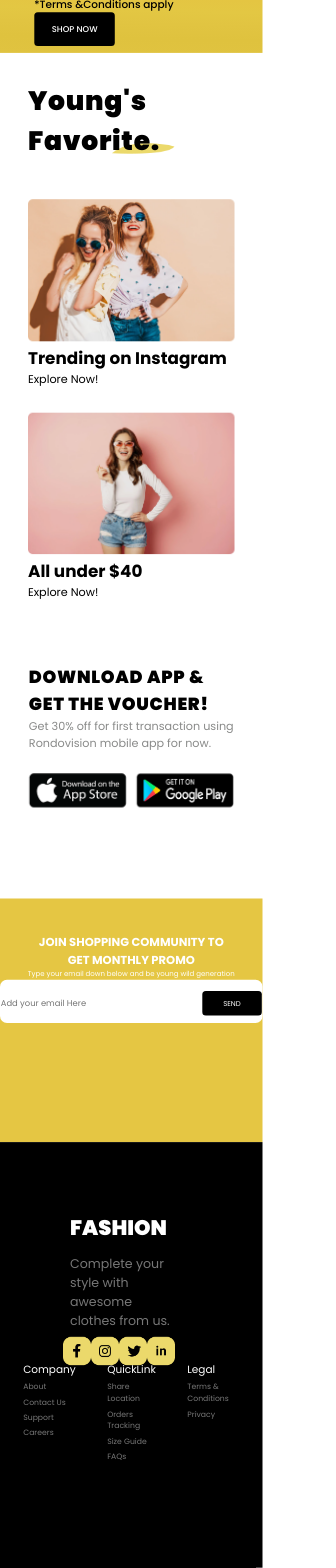
Repository: isaacCodes1/FashionWebsite
Page: index.html
An editor plug-in stored every save of this project. The page is shown before and after the next save, followed by the edit.
The browser window is 375 px wide. The page is 480 px wide, so the pictures cover 480 px, including what lies to the right of the window. The pictures show the part of the page from y = 3331 to 5571 px (the page is 5571 px tall before and 5544 px after), at 70% of full size.

Above is the page before, as saved 2024-03-18 12:11:43.

### index.html
<!DOCTYPE html>
<html lang="en">
  <head>
    <meta charset="UTF-8" />
    <meta name="viewport" content="width=device-width, initial-scale=1.0" />
    <title>Shopping Site Assignment</title>
    <link rel="stylesheet" href="style.css" />
    <link rel="stylesheet" href="/Media Query.css">
  </head>
  <body>
    <header>
      <nav>
        <!--------- NavItems ------->
        <div class="image">
          <a href="#"><img src="/Assets/Vector (3).png" />FASHION</a>
        </div>
        <div class="navItems">
          <ul>
            <li><a href="#">CATALOGUE</a></li>
            <li><a href="#">FASHION</a></li>
            <li><a href="#">FAVORITE</a></li>
            <li><a href="#">LIFESTYLE</a></li>
          </ul>
          <button>SIGN UP</button>
        </div>
      </nav>
    </header>
    <main>
      <!------- FirstPage ------>
      <section class="firstPageCont">
        <div class="FirstPage">
          <div class="txtCont">
            <h1>
              <span class="spn1">LET'S <br /></span>EXPLORE <br />
              <span class="spn2">UNIQUE <br /></span>CLOTHES.
            </h1>
            <p>Live for Influential and Innovative fashion!</p>
            <div class="txtBtn">
              <img src="/Assets/Vector 9.png" alt="" />
              <button class="btns">Shop Now</button>
            </div>
          </div>
          <div class="imgCont">
            <div class="star1"><img src="/Assets/Star 11.png" alt="" /></div>
            <div class="star2"><img src="/Assets/Star 11.png" alt="" /></div>
            <div class="star3"><img src="/Assets/Star 11.png" alt="" /></div>
            <div class="star4"><img src="/Assets/Star 11.png" alt="" /></div>
            <img src="/Assets/girl.png" alt="" />
          </div>
        </div>
      </section>
      <!------ Logos ------->
      <section class="firstPageFooter">
        <div class="logoCont">
          <img src="/Assets/HM.png" alt="" />
          <img src="/Assets/Obey.png" alt="" />
          <img src="/Assets/Shopify.png" alt="" />
          <img src="/Assets/Lacoste.png" alt="" />
          <img src="/Assets/Levis.png" alt="" />
          <img src="/Assets/Amazon.png" alt="" />
        </div>
      </section>
      <section class="nextPageCont">
        <div class="nextPageText">
          <h1>NEW ARRIVALS</h1>
          <img src="/Assets/Vector 9.png" alt="" />
        </div>
        <div class="prettyImages">
          <div class="Images">
            <div class="prettyImg">
              <img src="/Assets/image1.png" alt="" />
            </div>
            <div class="prettyText">
              <div class="txtIcon">
                <h1>Hoodies & Sweatshirt</h1>
                <p>Explore Now!</p>
              </div>
              <div class="icons"></div>
            </div>
          </div>
          <div class="Images">
            <div class="prettyImg">
              <img src="/Assets/image2.png" alt="" />
            </div>
            <div class="prettyText">
              <div class="txtIcon">
                <h1>Coats & Parkas</h1>
                <p>Explore Now!</p>
              </div>
              <div class="icons"></div>
            </div>
          </div>
          <div class="Images">
            <div class="prettyImg">
              <img src="/Assets/image3.png" alt="" />
            </div>
            <div class="prettyText">
              <div class="txtIcon">
                <h1>Tees & T-Shirt</h1>
                <p>Explore Now!</p>
              </div>
              <div class="icons"></div>
            </div>
          </div>
        </div>
      </section>
      <section class="payDay">
        <div class="genDiv">
          <div class="yellowImg">
            <img src="/Assets/image 12.png" alt="" />
          </div>
          <div class="yellowTxt">
            <h1><span class="spn3">PAYDAY</span>SALE NOW</h1>
            <p>
              Spend minimal $100 get 30% off <br />voucher code for your next
              purchase
            </p>
            <p><strong>1 June -10 June 2021</strong></p>
            <p class="para">*Terms &Conditions apply</p>
            <button class="btn">SHOP NOW</button>
          </div>
        </div>
      </section>
      <!--------   Images   ------->
      <section class="nextPageCont">
        <div class="nextPageText">
          <h1>Young's Favorite.</h1>
          <img class="vector" src="/Assets/Vector 9.png" alt="" />
        </div>
        <div class="prettyImages">
          <div class="Images">
            <div class="prettyImg">
              <img src="/Assets/Girls.png" alt="" />
            </div>
            <div class="prettyText">
              <div class="txtIcon">
                <h1>Trending on Instagram</h1>
                <p>Explore Now!</p>
              </div>
              <div class="icons"></div>
            </div>
          </div>

          <div class="Images">
            <div class="prettyImg">
              <img src="/Assets/Rectangle 49.png" alt="" />
            </div>
            <div class="prettyText">
              <div class="txtIcon">
                <h1>All under $40</h1>
                <p>Explore Now!</p>
              </div>
              <div class="icons"></div>
            </div>
          </div>
        </div>
      </section>
      <!---- Apps----->
      <section class="nextPageCont2">
        <div class="nextPageText2">
          <h1>DOWNLOAD APP & <br />GET THE VOUCHER!</h1>
          <p>
            Get 30% off for first transaction using <br />Rondovision mobile app
            for now.
          </p>
          <div class="store">
            <a href="https://www.apple.com/store"
              ><img src="/Assets/Apple Store.png" alt=""
            /></a>
            <a href="https://play.google.com/store/games?hl=en&gl=US&pli=1"
              ><img src="/Assets/Google Play.png" alt=""
            /></a>
          </div>
        </div>
        <div class="Images2">
          <div class="prettyImg2">
            <img src="/Assets/Mobile app.png" alt="" />
            <div class="circle1"><img src="/Assets/circle.png" alt="" /></div>
            <div class="circley"><img src="/Assets/circle y.png" alt="" /></div>
            <div class="circleye">
              <img src="/Assets/circle y.png" alt="" />
            </div>
            <div class="circle2"><img src="/Assets/circle.png" alt="" /></div>
            <div class="bigC"><img src="/Assets/back1.png" alt="" /></div>
            <div class="largeC">
              <img src="/Assets/lagrescircle.png" alt="" />
            </div>
            <div class="largeC1">
              <img src="/Assets/lagrescircle.png" alt="" />
            </div>
          </div>
        </div>
        <div class="icons"></div>
      </section>
      <!------ Footer ------>
      <section class="footer">
        <div class="footerDiv">
          <div class="h1footer">
            <h1>
              JOIN SHOPPING COMMUNITY TO <br />
              GET MONTHLY PROMO
            </h1>
          </div>
          <div class="pFooter">
            <p>Type your email down below and be young wild generation</p>
            <div class="input">
              <input
                class="input"
                type="text"
                placeholder="Add your email Here"
              />
              <a href="https://mail.google.com/mail/u/0/#inbox">SEND</a>
            </div>
          </div>
        </div>
      </section>
      <section class="foot">
        <div class="footDiv">
          <div class="footTxt">
            <h1>FASHION</h1>
            <p>
              Complete your style with awesome <br />
              clothes from us.
            </p>
            <div class="socialIcons">
              <div class="icon">
                <a
                  href="https://www.facebook.com/profile.php?id=61551880766580"
                >
                  <img src="/Assets/Facebook.png" alt=""
                /></a>
              </div>
              <div class="icon">
                <a href="https://www.instagram.com/"
                  ><img src="/Assets/Instagram.png" alt=""
                /></a>
              </div>
              <div class="icon">
                <a href="#"><img src="/Assets/Twitter.png" alt="" /></a>
              </div>
              <div class="icon">
                <a href="#"><img src="/Assets/Linkedn.png" alt="" /></a>
              </div>
            </div>
          </div>

          <div class="socialIcons">
            <div class="links">
              <div class="links1"><a href="">Company</a></div>
              <div class="links2"><a href="">About</a></div>
              <div class="links2"><a href="">Contact Us</a></div>
              <div class="links2"><a href="">Support</a></div>
              <div class="links2"><a href="">Careers</a></div>
            </div>
            <div class="links">
              <div class="links1"><a href="">QuickLink</a></div>
              <div class="links2"><a href="">Share Location</a></div>
              <div class="links2"><a href="">Orders Tracking</a></div>
              <div class="links2"><a href="">Size Guide</a></div>
              <div class="links2"><a href="">FAQs</a></div>
            </div>
            <div class="links">
              <div class="links1"><a href="">Legal</a></div>
              <div class="links2"><a href="">Terms & Conditions</a></div>
              <div class="links2"><a href="">Privacy</a></div>
            </div>
          </div>
        </div>
      </section>
    </main>
  </body>
</html>

### style.css
@import url("https://fonts.googleapis.com/css2?family=Poppins:ital,wght@0,100;0,200;0,300;0,400;0,500;0,600;0,700;0,800;0,900;1,100;1,200;1,300;1,400;1,500;1,600;1,700;1,800;1,900&display=swap");
* {
  margin: 0;
  padding: 0;
  box-sizing: border-box;
  font-family: "Poppins", sans-serif;
}
nav {
  display: flex;
  align-items: center;
  justify-content: space-between;
  width: 100%;
  padding: 20px 40px;
}
.image a {
  display: flex;
  align-items: center;
  gap: 6px;
  text-decoration: none;
  color: #000;
  font-size: 16px;
  font-weight: 900;
}
.image a img {
  width: 16%;
}
.navItems {
  display: flex;
  gap: 30px;
  align-items: center;
}
.navItems ul {
  display: flex;
  gap: 30px;
  list-style: none;
}
.navItems ul li a {
  text-decoration: none;
  color: #000;
  font-size: 16px;
  font-weight: 500;
}
.navItems ul li:hover {
  transform: scale(1.05);
  transition: 1s ease-in-out;
}
.navItems button {
  border: 0;
  background: #000;
  padding: 10px 20px;
  color: #fff;
  border-radius: 5px;
  font-size: 13px;
}
.navItems button:hover {
  transform: scale(1.05);
  transition: 1s ease-in-out;
  color: #000;
  background: rgb(137, 136, 136);
}
/* firstPageCtn */
.firstPageCont {
  padding: 20px 40px;
}
.FirstPage {
  display: flex;
  flex: 1;
  width: 100%;
  height: 90vh;
  padding: 40px 10px 0px 10px;
  border-radius: 30px;
  background: #f4f6f5;
}
.txtCont {
  display: flex;
  flex: 0.5;
  flex-direction: column;
  gap: 10px;
  padding-left: 40px;
}

.txtCont h1 {
  font-size: 64px;
  font-weight: 900;
  width: 50%;
  line-height: 75px;
}

.txtCont p {
  font-size: 20px;
}
.txtBtn {
  display: flex;
  align-items: center;
  width: 80%;
  margin-top: 10px;
  gap: 10px;
}
.btns {
  border: 0;
  background: #000;
  padding: 10px 20px;
  color: #fff;
  border-radius: 5px;
  font-size: 19px;
}
.btns:hover {
  transform: scale(1.05);
  transition: 1s ease-in-out;
  color: #000;
  background: rgb(137, 136, 136);
}
.txtBtn img {
  width: 100px;
}
.imgCont {
  flex: 0.5;
  display: flex;
  position: relative;
}
.star1 {
  position: absolute;
  top: 5px;
  left: 10px;
}
.star1 img {
  width: 30px;
}
.star2 {
  position: absolute;
  top: 20px;
  left: 450px;
}
.star2 img {
  width: 30px;
}
.star3 {
  position: absolute;
  bottom: 10px;
  left: 70px;
}
.star3 img {
  width: 30px;
}
.star4 {
  position: absolute;
  bottom: 20px;
  left: 400px;
}
.star4 img {
  width: 30px;
}
.spn1 {
  display: flex;
  align-items: center;
  background-image: url(/Assets/rectangle1.png);
  background-size: cover;
  background-repeat: no-repeat;
  width: 100%;
  padding-left: 20px;
}
.spn2 {
  background-image: url(/Assets/Rectangle2.png);
  background-size: cover;
  background-repeat: no-repeat;
  padding-right: 50px;
  padding-left: 20px;
}
/* next Page */
.firstPageFooter {
  background: #ebd96b;
  padding: 20px 30px;
  display: flex;
  align-items: center;
  justify-content: center;
}
.logoCont {
  display: flex;
  justify-content: center;
  gap: 50px;
}
.logoCont img {
  width: 7%;
}
.nextPageCont {
  margin-top: 20px;
  padding: 20px 40px;
  display: flex;
  flex-direction: column;
  gap: 55px;
  margin-bottom: 50px;
}
.nextPageText {
  position: relative;
}
.nextPageText h1 {
  font-size: 38px;
  letter-spacing: 1px;
  font-weight: 900;
}
.nextPageText img {
  position: absolute;
  bottom: 5px;
  left: 200px;
  width: 10%;
  z-index: -1;
}
.prettyImages {
  display: flex;
  gap: 35px;
}

.prettyImg img {
  width: 100%;
}
.payDay {
  background: linear-gradient(
    1.32deg,
    #e0c340 0.13%,
    #dfc23e 3.97%,
    #e1c441 7.2%,
    #e3c743 10.13%,
    #e4c542 12.98%,
    #e6c744 15.99%,
    #e7c845 19.52%,
    #e5c643 23.96%,
    #e6c945 30.43%,
    #e3c743 36.49%,
    #e9ca48 42.49%,
    #edce49 49.35%,
    #f0d44c 55.42%,
    #f4d84f 61.43%,
    #f6da52 65.74%,
    #f7db53 72.23%,
    #f9dd55 77.43%,
    #f9df56 83.84%,
    #fae157 91.52%,
    #f9df56 97.87%
  );
}
.yellowTxt {
  flex-direction: column;
  margin-bottom: 10px;
}
.yellowTxt h1 {
  font-size: 65px;
  font-weight: 900;
}
.yellowTxt p {
  font-size: 22px;
  font-weight: 500;
}

.yellowImg img {
  flex: 0.5;
  display: flex;
  width: 600px;
  position: relative;
}

.genDiv {
  display: flex;
  align-items: center;
}
.btn {
  border: 0;
  background: #000;
  padding: 15px 25px;
  color: #fff;
  border-radius: 5px;
  font-size: 18px;
  font-weight: 500;
}
.btn:hover {
  transform: scale(1.05);
  transition: 1s ease-in-out;
  color: #000;
  background: rgb(137, 136, 136);
}
.spn3 {
  display: flex;
  background-image: url(/Assets/rectangle1.png);
  background-size: cover;
  background-repeat: no-repeat;
  width: 300px;
}
.nxtSect {
  margin-top: 20px;
  padding: 20px 40px;
  display: flex;
  flex-direction: column;
  gap: 50px;
  margin-bottom: 50px;
}
.nxtSectText {
  position: relative;
}
.nxtSectText h1 {
  font-size: 38px;
  letter-spacing: 1px;
  font-weight: 900;
}
.nxtSectText img {
  position: absolute;
  bottom: 6px;
  left: 250px;
  width: 10%;
  z-index: -1;
}
.assetText {
  display: flex;
  flex-direction: column;
}

/* storeSection */
.nextPageCont1 {
  margin-top: 20px;
  padding: 20px 40px;
  display: flex;
  flex-direction: column;
  gap: 50px;
  margin-bottom: 50px;
}
.nextPageText1 {
  position: relative;
  margin-left: 70px;
}
.nextPageText1 h1 {
  font-size: 38px;
  letter-spacing: 1px;
  font-weight: 900;
}
.prettyImages1 {
  display: flex;
  gap: 35px;
}
.prettyImg1 img {
  width: 40%;
  cursor: pointer;
}
.Images2 {
  display: flex;
}
.prettyImg2 {
  position: relative;
}
.prettyImg2 img {
  width: 70;
  height: 500px;
  margin-left: 70px;
}
.nextPageCont2 {
  margin-top: 20px;
  padding: 20px 40px;
  display: flex;
  gap: 50px;
  margin-bottom: 50px;
  display: flex;
  justify-content: space-between;
  align-items: center;
}
.nextPageText2 {
  display: flex;
  flex-direction: column;
  margin-left: 50px;
}
.nextPageText2 p {
  margin-bottom: 30px;
  color: #898a89;
}
.nextPageText2 h1 {
  font-size: 30px;
  letter-spacing: 1px;
  font-weight: 900;
}
.nextPageText2 img {
  width: 30%;
  cursor: pointer;
  display: flex;
}
.store {
  display: flex;
  justify-content: space-between;

}
.store a img{
   width: 140px;
   gap: 50px;
}
.circle1 {
  position: absolute;
  right: 350px;
  bottom: 500px;
}
.circle1 img {
  width: 15px;
  height: 15px;
  display: flex;
}
.circley {
  position: absolute;
  right: 0;
  bottom: 470px;
}
.circley img {
  width: 30px;
  height: 30px;
}
.circleye {
  position: absolute;
  right: 400px;
  bottom: 60px;
}
.circleye img {
  width: 17px;
  height: 17px;
}
.circle2 {
  position: absolute;
  right: 0;
  bottom: 100px;
}
.circle2 img {
  width: 10px;
  height: 10px;
}
.elipses {
  position: absolute;
}
.bigC {
  position: absolute;
  right: -12px;
  bottom: 100px;
  z-index: -1;
}
.bigC img {
  width: 300px;
  height: 300px;
  background: transparent;
}

.largeC {
  position: absolute;
  right: -41px;
  bottom: 70px;
  z-index: -1;
}
.largeC img {
  width: 360px;
  height: 360px;
  /* background: transparent; */
}
.largeC1 {
  position: absolute;
  right: -70px;
  bottom: 50px;
  z-index: -1;
}
.largeC1 img {
  width: 420px;
  height: 400px;
}
.footerDiv {
  background: #e5c643;
  padding-bottom: 170px;
}
.h1footer {
  color: #fff;
  text-align: center;
  padding-top: 50px;
  font-size: 30px;
  font-weight: 1000;
}
.pFooter {
  display: flex;
  flex-direction: column;
  justify-content: center;
  align-items: center;
  text-align: center;
  color: #fff;
  font-size: 30px;
}

.input {
  background: #fff;
  width: 40%;
  padding: 5px 0px;
  border-radius: 10px;
}
.input input {
  background: none;
  border: 0;
  padding: 13px 0px 13px 0px;
  width: 76%;
  font-size: 17px;
  outline: 0;
}
.input a {
  font-size: 20px;
  text-decoration: 0;
  color: #fff;
  background: #000;
  padding: 10px 30px;
  border-radius: 5px;
}
.input a:hover{
  transform: scale(1.05);
  transition: 1s ease-in-out;
  color: #000;
  background: rgb(137, 136, 136);
}

.footDiv {
  display: flex;
  background: #000;

  place-items: center;
  padding: 100px;
}

.footTxt {
  display: flex;
  flex-direction: column;
  gap: 15px;
}
.footTxt h1 {
  color: #fff;
  font-size: 30px;
  font-weight: 900;
}
.footTxt p {
  color: #777;
  font-size: 18px;
}
.socialIcons {
  display: flex;
  gap: 20px;
}

.icon {
  background: #ebd96b;
  width: 30px;
  display: flex;
  align-items: center;
  justify-content: center;
  height: 30px;
  border-radius: 8px;
}
.icon img {
  display: flex;
  align-items: center;
  width: 40px;
  place-items: center;
}
.links {
  margin-left: 150px;
  padding-right: 20px;
  margin-bottom: 50px;
}
.links1 a{
  color: #fff;
  font-size: 18px;
  text-decoration: none;
}
.links2 a{
  text-decoration: none;
  color: #777;
  font-size: 11px;
}
.links1 {
  display: flex;
  flex-direction: column;
  color: #fff;
  font-size: 18px;
  margin-top: 0px;
}
.links2 {
  color: #777;
  font-size: 11px;
  padding-top: 5px;
}

### Media Query.css
@media (max-width: 488px) {
  nav {
    flex-direction: column;
    gap: 10px;
  }
  .navItems {
    flex-direction: column;
    gap: 10px;
  }
  .navItems ul {
    gap: 15px;
  }
  .navItems ul li a {
    font-size: 13px;
  }
  .firstPageCont {
    padding: 0px;
  }
  .FirstPage {
    flex-direction: column;
    height: auto;
    padding: 0px;
  }

  .txtCont h1 {
    font-size: 50px;
    width: 100%;
  }
  .txtCont p {
    font-size: 15px;
  }
  .btns {
    font-size: 12px;
  }
  .imgCont {
    flex-direction: column;
    width: 100%;
    display: flex;
  }
  .logoCont {
    display: flex;
    justify-content: center;
    gap: 20px;
  }
  .logoCont img {
    width: 10%;
  }
  .prettyImages {
    display: flex;
    flex-direction: column;
  }
  .nextPageText img {
    position: absolute;
    bottom: 10px;
    left: 120px;
    width: 30%;
    z-index: -1;
  }
  .cardsContainer {
    display: flex;
    flex-direction: column;
    gap: 20px;
  }
  .genDiv {
    display: flex;
    flex-direction: column;
  }
  .yellowImg img {
    width: 100%;
  }
  .yellowTxt h1 {
    font-size: 40px;
  }
  .spn3 {
    width: 200px;
  }
  .yellowTxt p {
    font-size: 15px;
  }
  .btn {
    font-size: 12px;
  }
  .nextPageCont2 {
    display: flex;
    flex-direction: column;
    margin-bottom: 10px;
  }
  .nextPageText2 {
    margin-left: 0;
  }
  .nextPageText2 h1 {
    font-size: 25px;
  }
  .prettyImg2 {
    display: none;
  }
  .footerDiv {
    margin-left: 0;
  }
  .h1footer {
    font-size: 11px;
    text-align: 20px;
  }
  .pFooter {
    font-size: 10px;
  }
  .input {
    width: 100%;
  }
  .input::placeholder {
    font-size: 12px;
  }
  .input a {
    font-size: 10px;
  }
  .footDiv {
    display: flex;
    flex-direction: column;
  }
  .links {
    margin-left: 5px;
  }
  .icon {
    width: 20px;
  }
  .links1 a {
    font-size: 15px;
  }
}

After the next save:
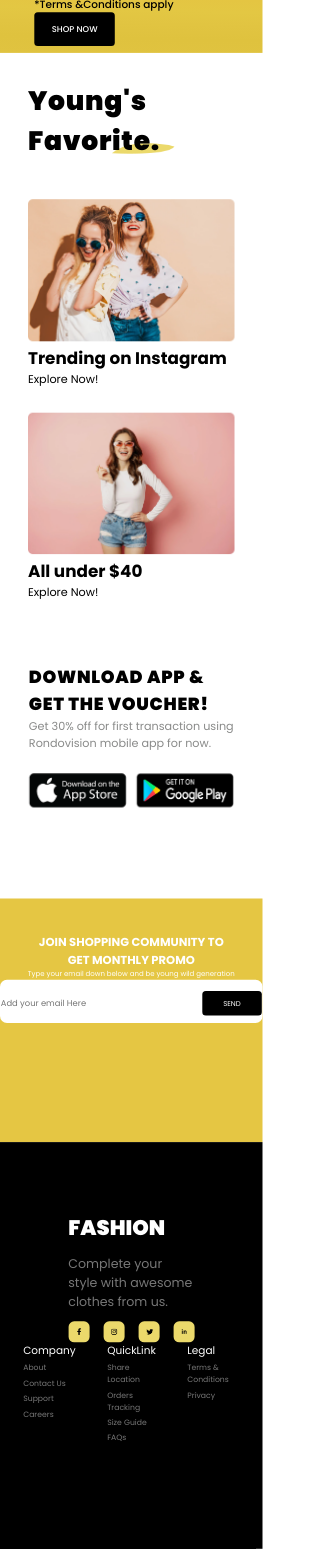
Saved 33 s later.
--- a/Media Query.css
+++ b/Media Query.css
@@ -120,7 +120,7 @@
   .links {
     margin-left: 5px;
   }
-  .icon {
+  .icon img {
     width: 20px;
   }
   .links1 a {
